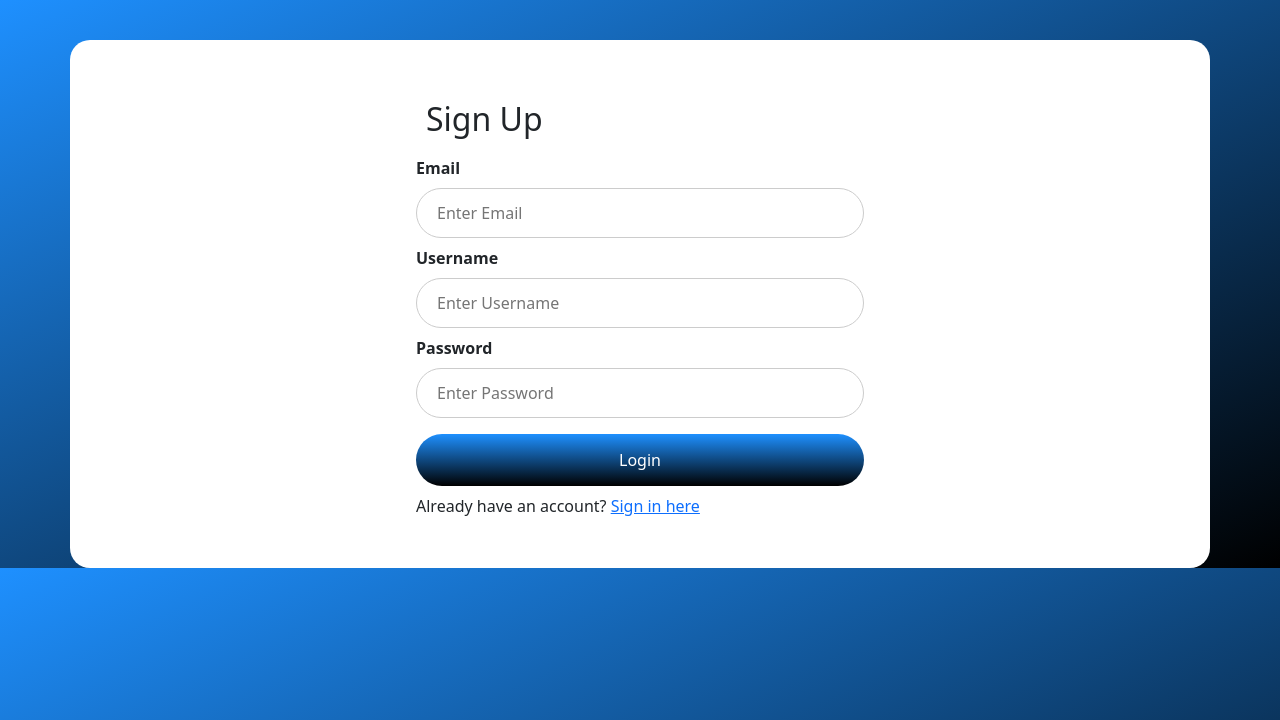
Repository: Sadia-Naveed-Shaikh/JavaScript-Website
Page: SignUp.html
An editor plug-in stored every save of this project. The page is shown before and after the next save, followed by the edit.
The browser window is 1280 px wide. The pictures show the whole page.

Above is the page before, as saved 2021-10-27 15:43:54.

After the next save:
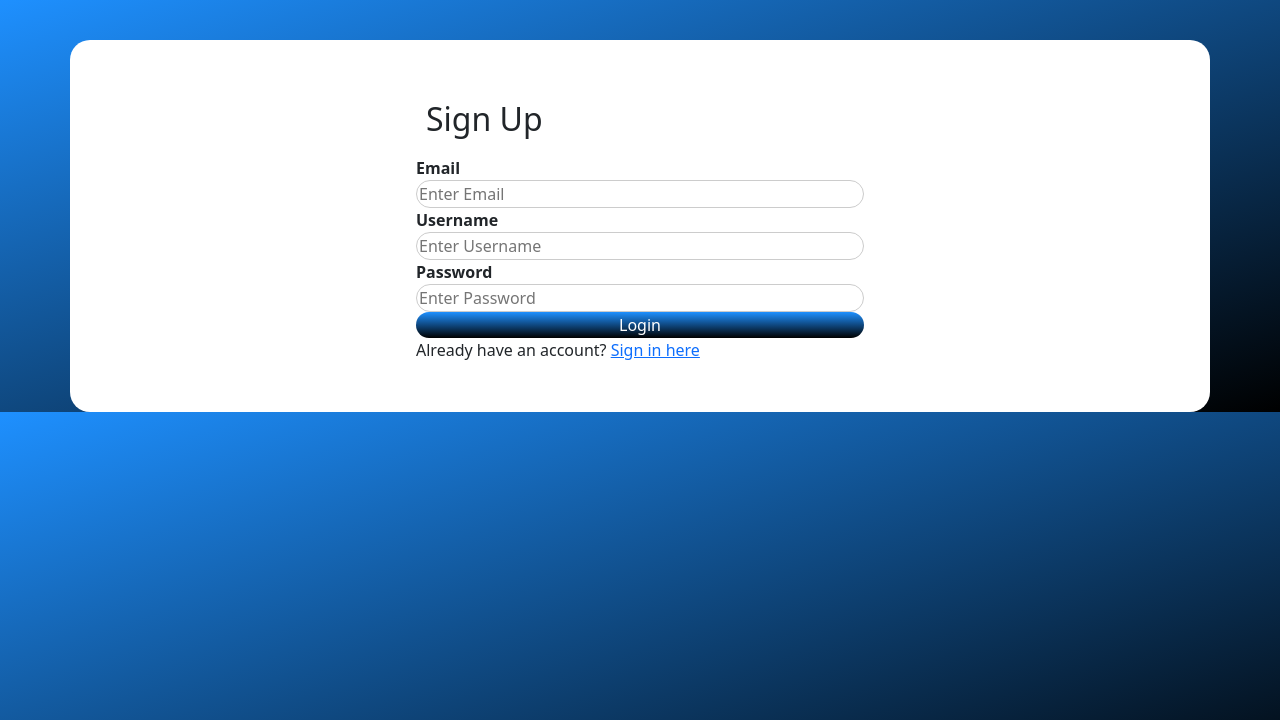
Saved 17 s later.
--- a/SignUp.html
+++ b/SignUp.html
@@ -19,8 +19,8 @@
         input[type=text],
         input[type=password] {
             width: 100%;
-            padding: 12px 20px;
-            margin: 8px 0;
+            /* padding: 12px 20px;
+            margin: 8px 0; */
             display: inline-block;
             border: 1px solid #ccc;
             box-sizing: border-box;
@@ -30,8 +30,8 @@
         button {
             background-image: linear-gradient( dodgerblue, black);
             color: white;
-            padding: 14px 20px;
-            margin: 8px 0;
+            /* padding: 14px 20px;
+            margin: 8px 0; */
             border: none;
             cursor: pointer;
             width: 100%;

After the save that followed:
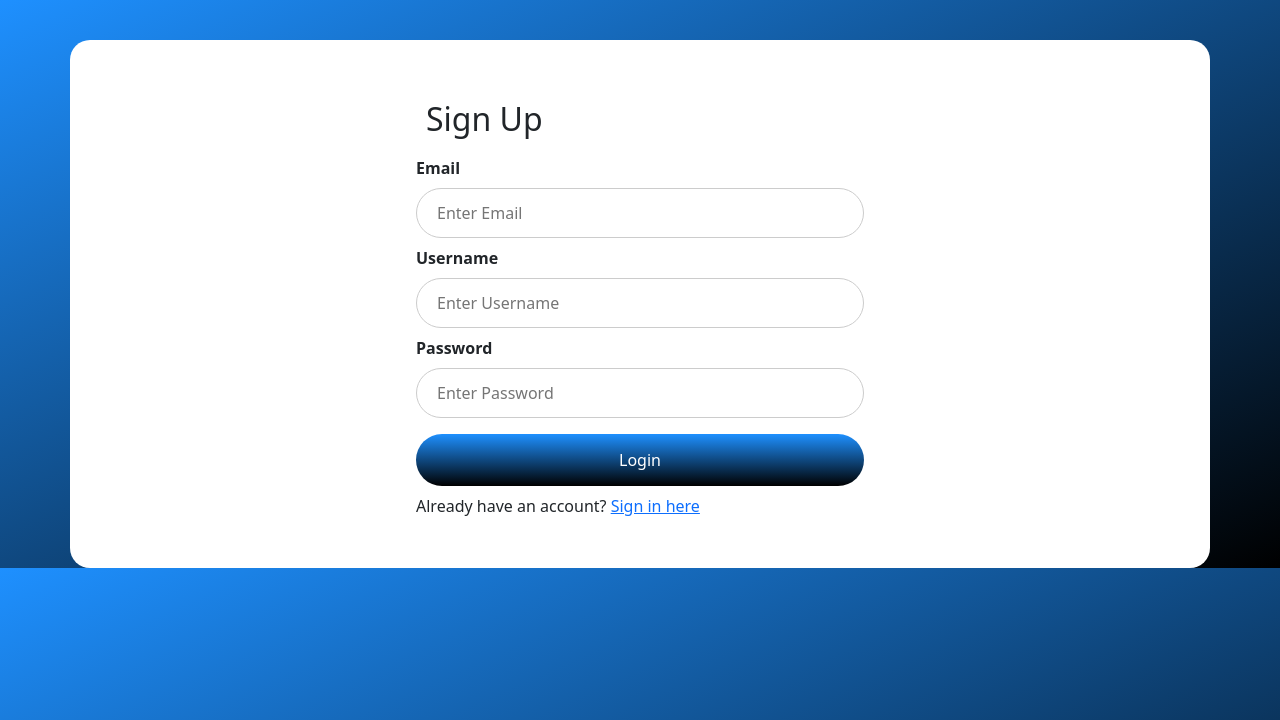
Saved 8 s later.
--- a/SignUp.html
+++ b/SignUp.html
@@ -19,8 +19,8 @@
         input[type=text],
         input[type=password] {
             width: 100%;
-            /* padding: 12px 20px;
-            margin: 8px 0; */
+            padding: 12px 20px;
+            margin: 8px 0;
             display: inline-block;
             border: 1px solid #ccc;
             box-sizing: border-box;
@@ -30,8 +30,8 @@
         button {
             background-image: linear-gradient( dodgerblue, black);
             color: white;
-            /* padding: 14px 20px;
-            margin: 8px 0; */
+            padding: 14px 20px;
+            margin: 8px 0;
             border: none;
             cursor: pointer;
             width: 100%;
